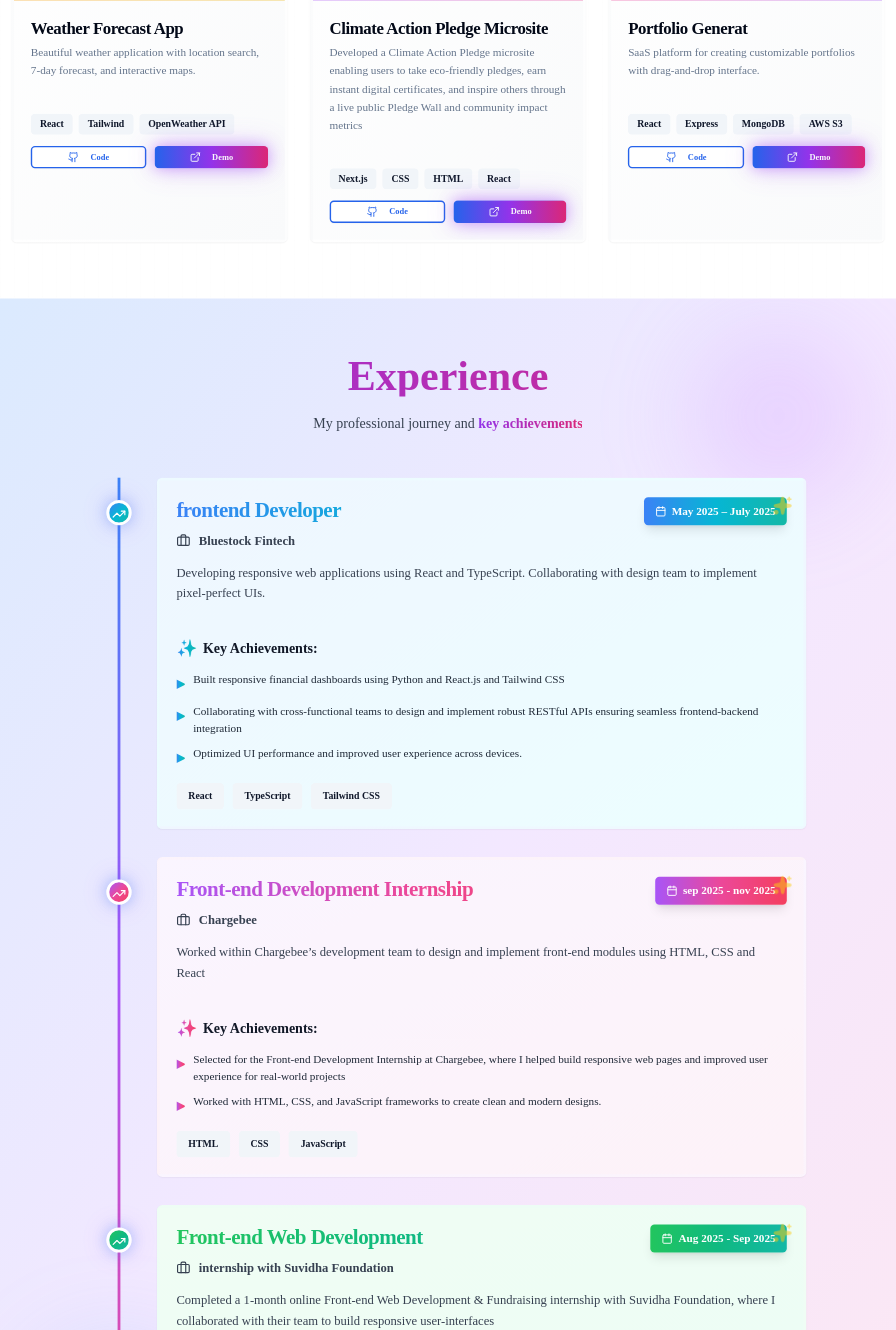
Repository: sm6746/PORTFOLIO
Page: /
An editor plug-in stored every save of this project. The page is shown before and after the next save, followed by the edit.
The browser window is 1280 px wide. The pictures show the part of the page from y = 3639 to 5539 px (the page is 8194 px tall), at 70% of full size.
The project was rebuilt for these pictures with package versions that can differ from the ones it lists, and the page was loaded fresh each time. Also part of the build but not shown: vite.config.ts.

Above is the page before, as saved 2025-11-09 19:52:05.

After the next save:
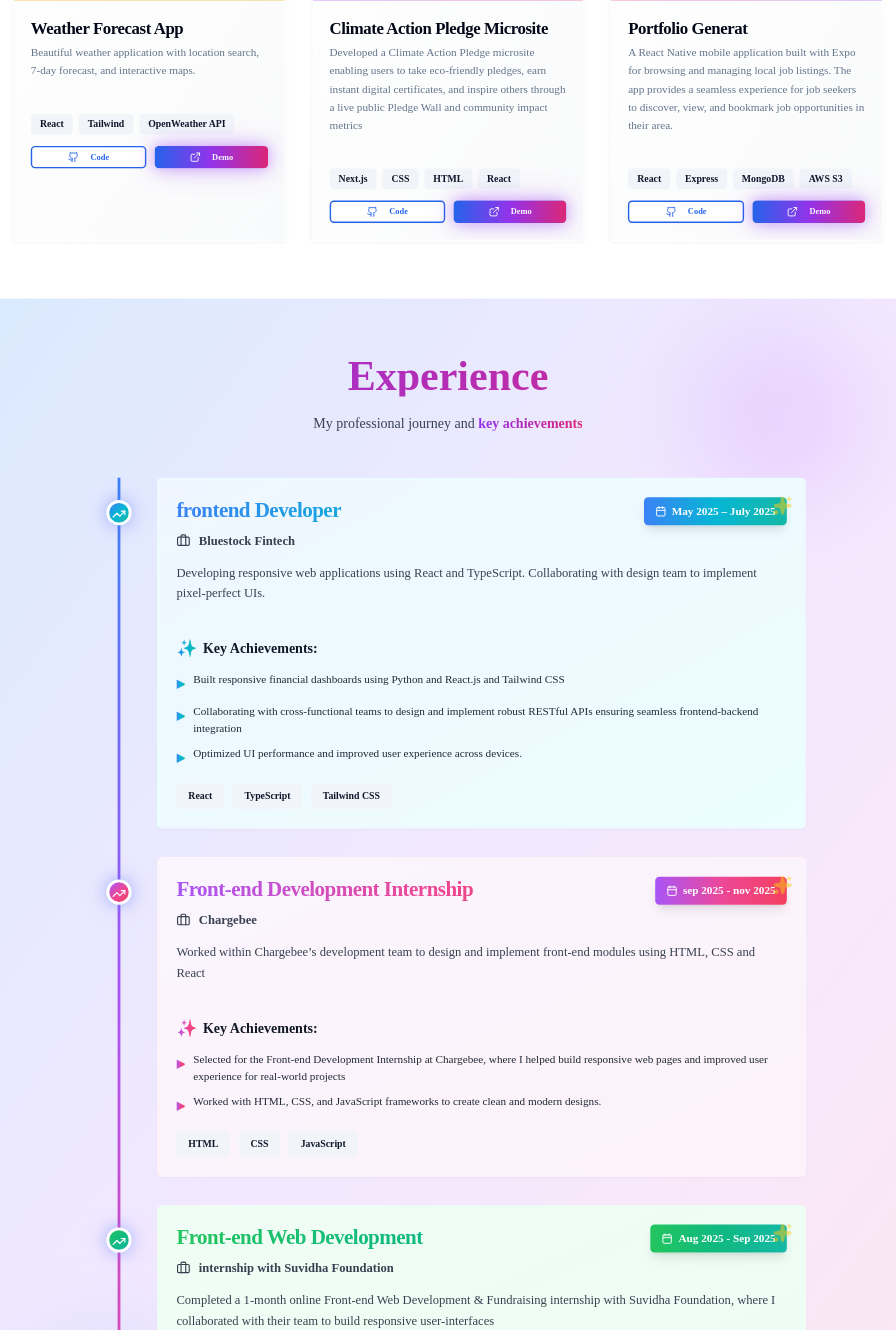
Saved 4 h 14 min later.
--- a/components/projects-section.tsx
+++ b/components/projects-section.tsx
@@ -62,7 +62,7 @@ export function ProjectsSection() {
     },
     {
       title: 'Portfolio Generat',
-      description: 'SaaS platform for creating customizable portfolios with drag-and-drop interface.',
+      description: 'A React Native mobile application built with Expo for browsing and managing local job listings. The app provides a seamless experience for job seekers to discover, view, and bookmark job opportunities in their area.',
       image: '/assets/images/default.svg',
       tags: ['React', 'Express', 'MongoDB', 'AWS S3'],
       category: 'Full Stack',
